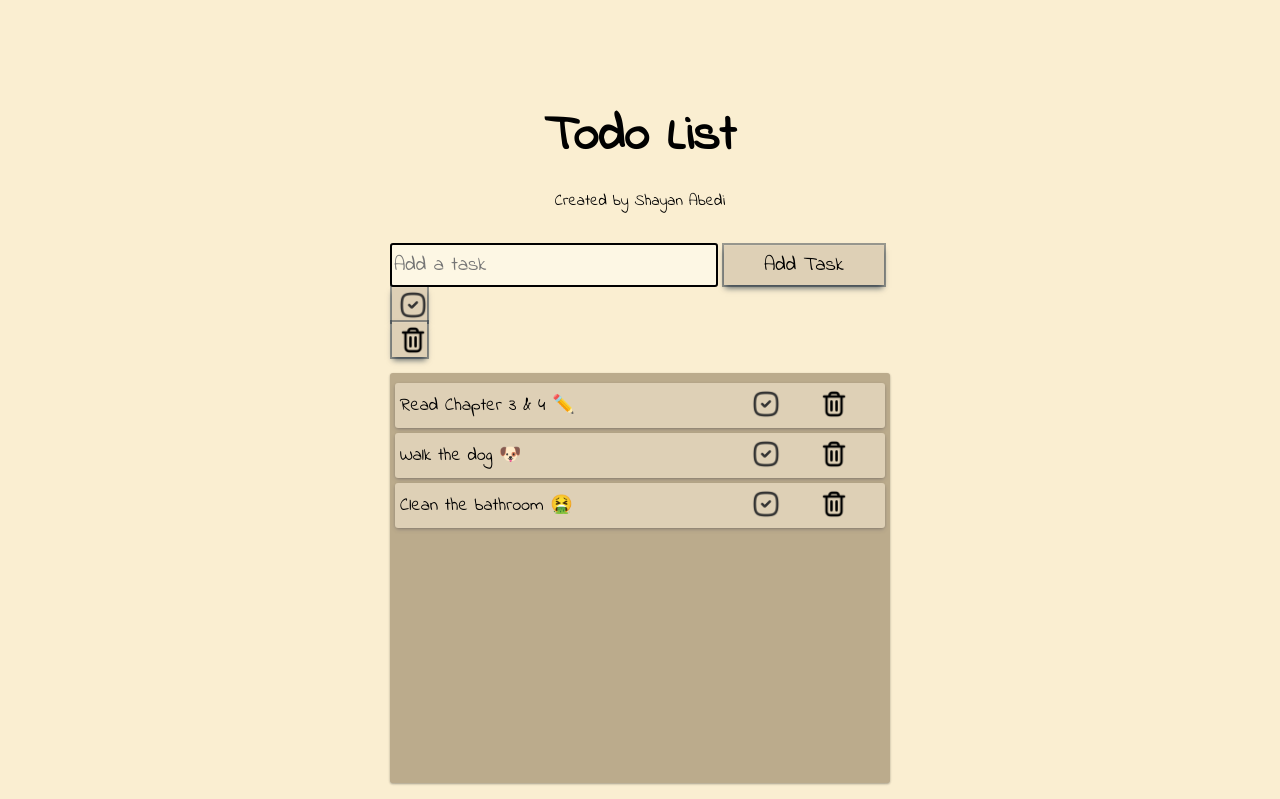
Repository: shayanabedi98/todo-list
Page: /
An editor plug-in stored every save of this project. The page is shown before and after the next save, followed by the edit.
The browser window is 1280 px wide. The pictures show the whole page.
The project was rebuilt for these pictures with package versions that can differ from the ones it lists, and the page was loaded fresh each time. Also part of the build but not shown: vite.config.js.

Above is the page before, as saved 2023-12-30 17:12:02.

After the next save:
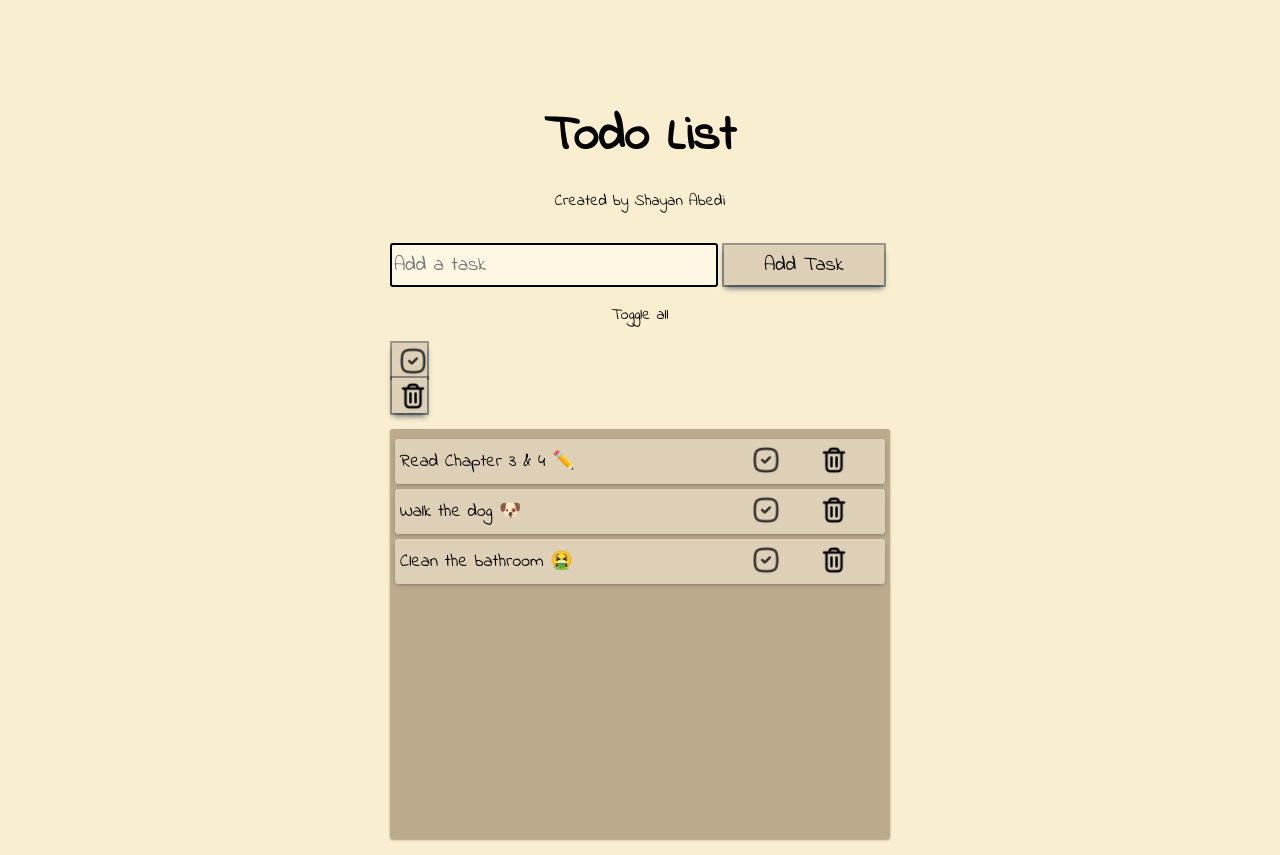
Saved 99 s later.
--- a/src/AffectAll.jsx
+++ b/src/AffectAll.jsx
@@ -5,6 +5,12 @@ import check from "./assets/check.png";
 const AffectAll = ({ clearAll, completeAll }) => {
   return (
     <div className="affect-all">
+        <div>
+            <p>Toggle all</p>
+        </div>
+        <div>
+
+        </div>
       <button onClick={completeAll}><img src={check} alt="" /></button>
       <button onClick={clearAll}><img src={trash} alt="" /></button>
     </div>
